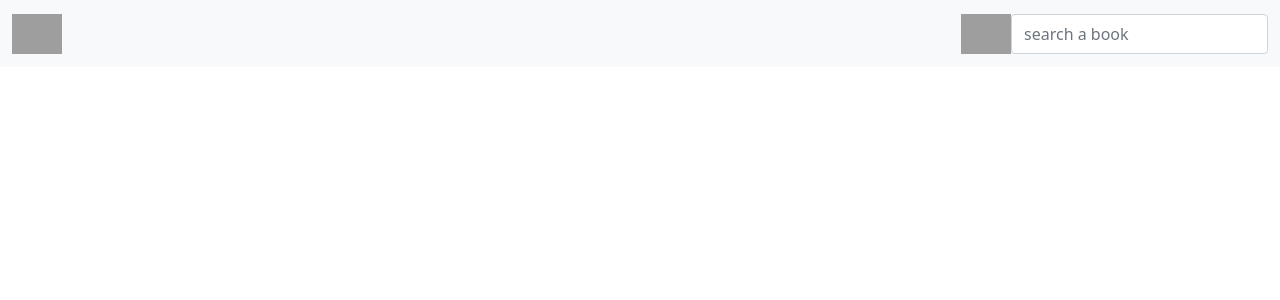
Repository: dilaraozdem1r/BooksApp
Page: /
An editor plug-in stored every save of this project. The page is shown before and after the next save, followed by the edit.
The browser window is 1280 px wide. The pictures show the whole page.
Pictures or frames that could not be fetched are drawn as grey boxes. The page's requests for data from a server got no answer. The project was rebuilt for these pictures with package versions that can differ from the ones it lists, and the page was loaded fresh each time. No one was signed in, and anything a server would have sent is missing.

Above is the page before, as saved 2021-08-24 17:43:27.

After the next save:
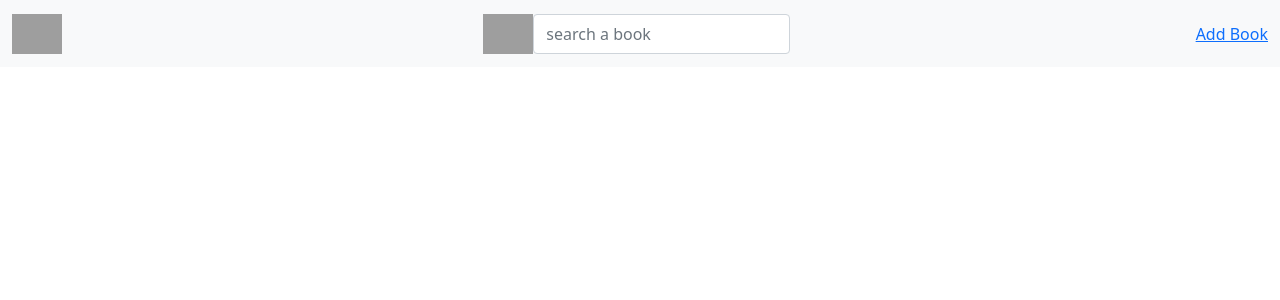
Saved 109 s later.
--- a/src/Components/App.js
+++ b/src/Components/App.js
@@ -52,6 +52,9 @@
                     </a>
 
                     <SearchBar search={this.searchMovie} />
+                    <div>
+                      <Link path="/add" type="button" >Add Book</Link>
+                    </div>
 
                   </div>
                 </nav>
